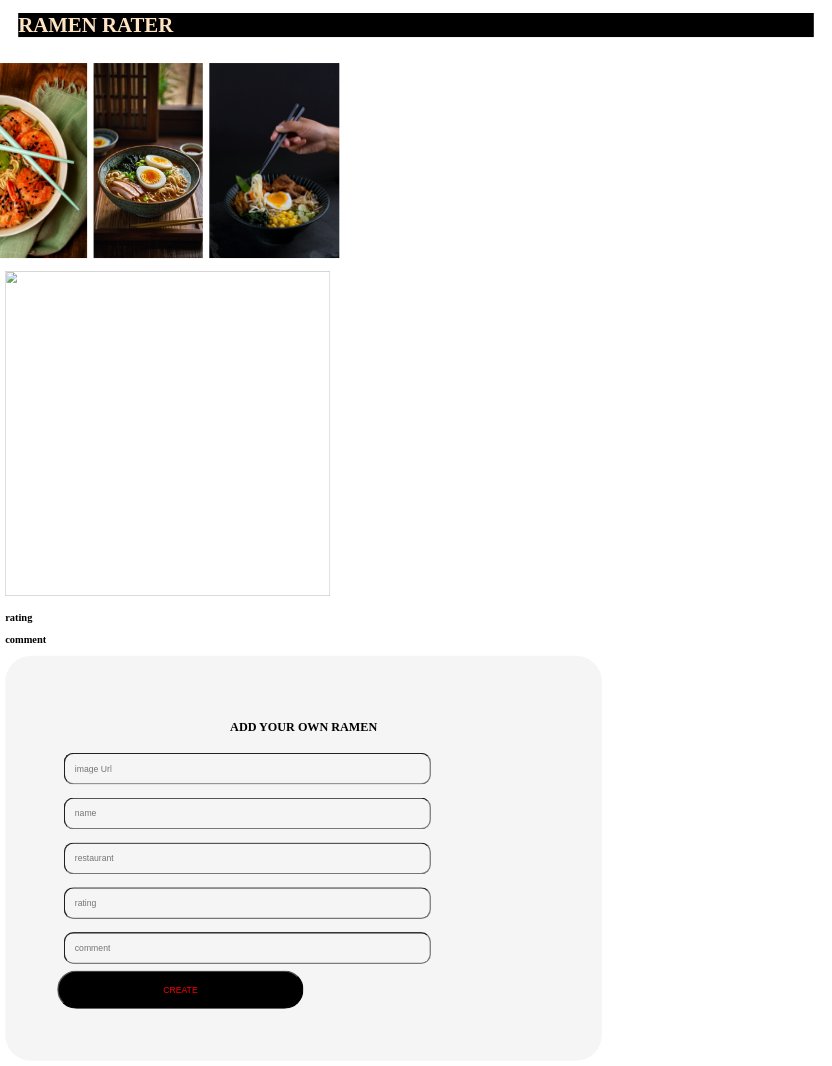
Repository: travinne/travthegr88
Page: mkadi/test/assignments/code-challanges/ramen-rating-app/index.html
An editor plug-in stored every save of this project. The page is shown before and after the next save, followed by the edit.
The browser window is 1280 px wide. The pictures show the whole page, at 65% of full size.

Above is the page before, as saved 2025-03-20 16:09:02.

After the next save:
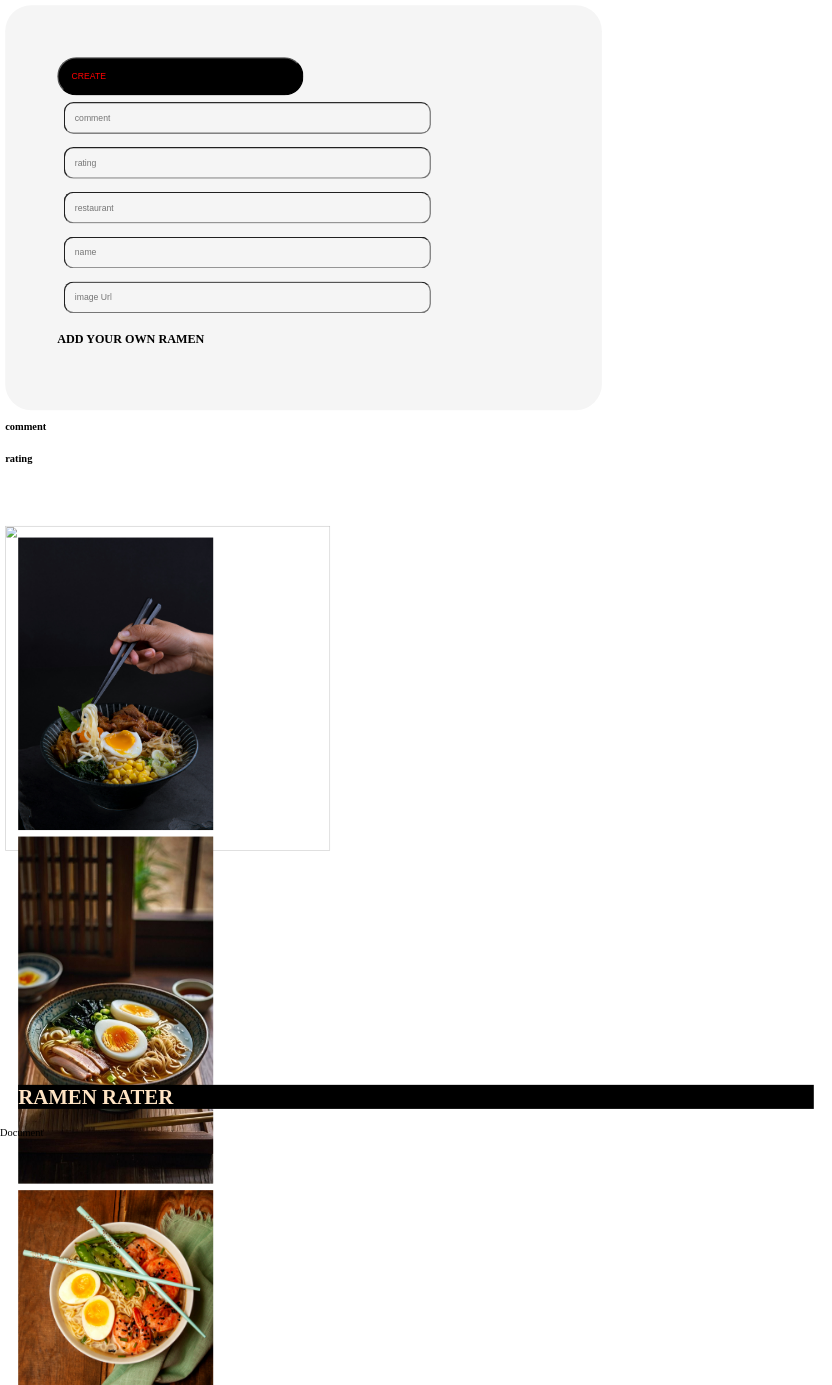
Saved 32 s later.
--- a/mkadi/test/assignments/code-challanges/ramen-rating-app/css/style.css
+++ b/mkadi/test/assignments/code-challanges/ramen-rating-app/css/style.css
@@ -1,6 +1,11 @@
 *{
 
+    display: flex;
+    justify-content: center;
+    align-content: center;
+    justify-items: center;
 
+    flex-direction: column-reverse;
 }
 
 h1{background-color: black;
